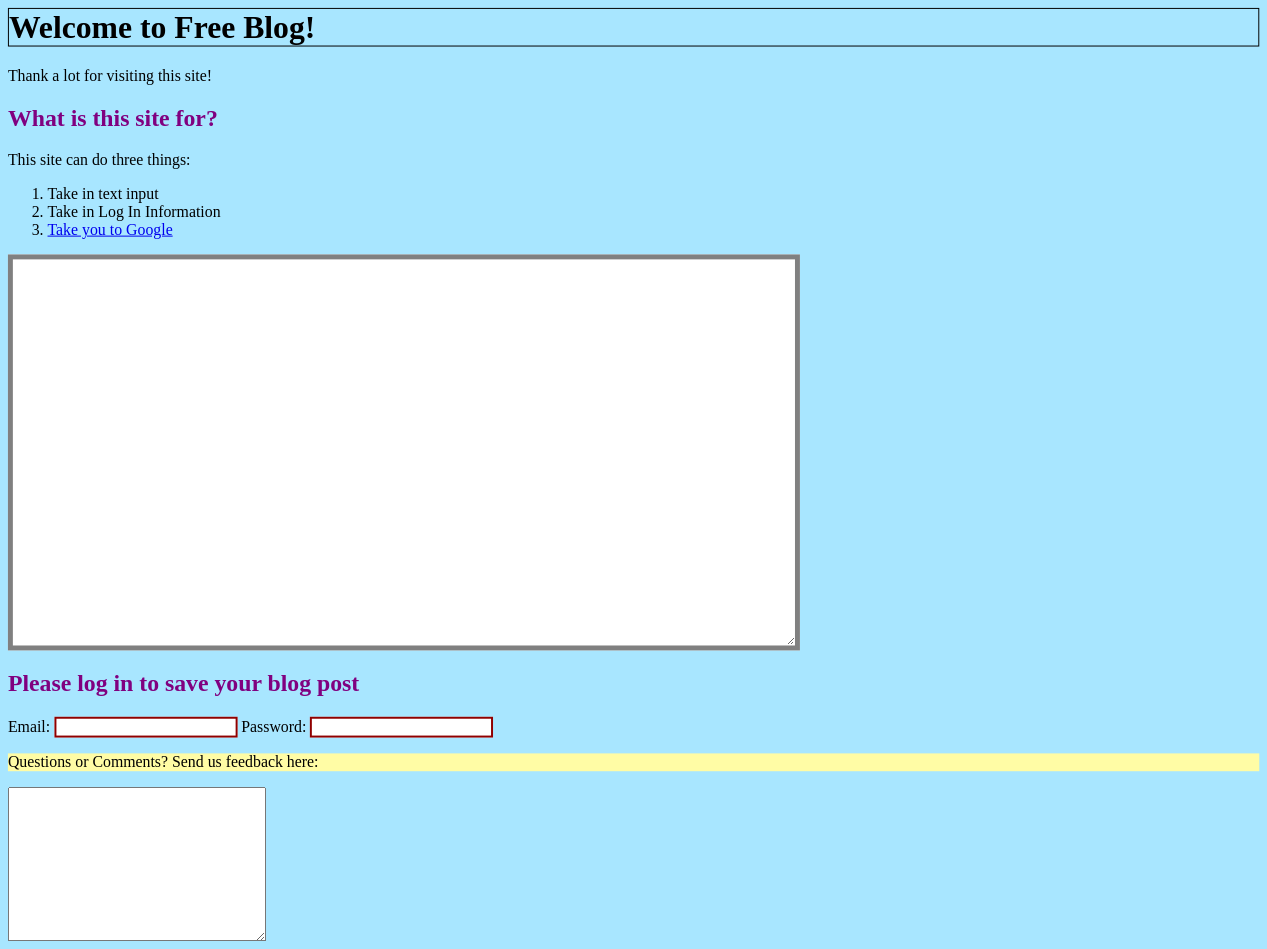
Repository: MonwarAdeeb/Bista_Solutions
Page: HTML & CSS/CSS/Level One/05. Assessment.html
The author's editor kept a copy of each file at every save. The page is drawn from the files as they stood at one save, then again after the next save.
The browser window is 1280 px wide. The pictures show the whole page, at 99% of full size.

Above is the page before, as saved 2021-05-19 21:48:33.

After the next save:
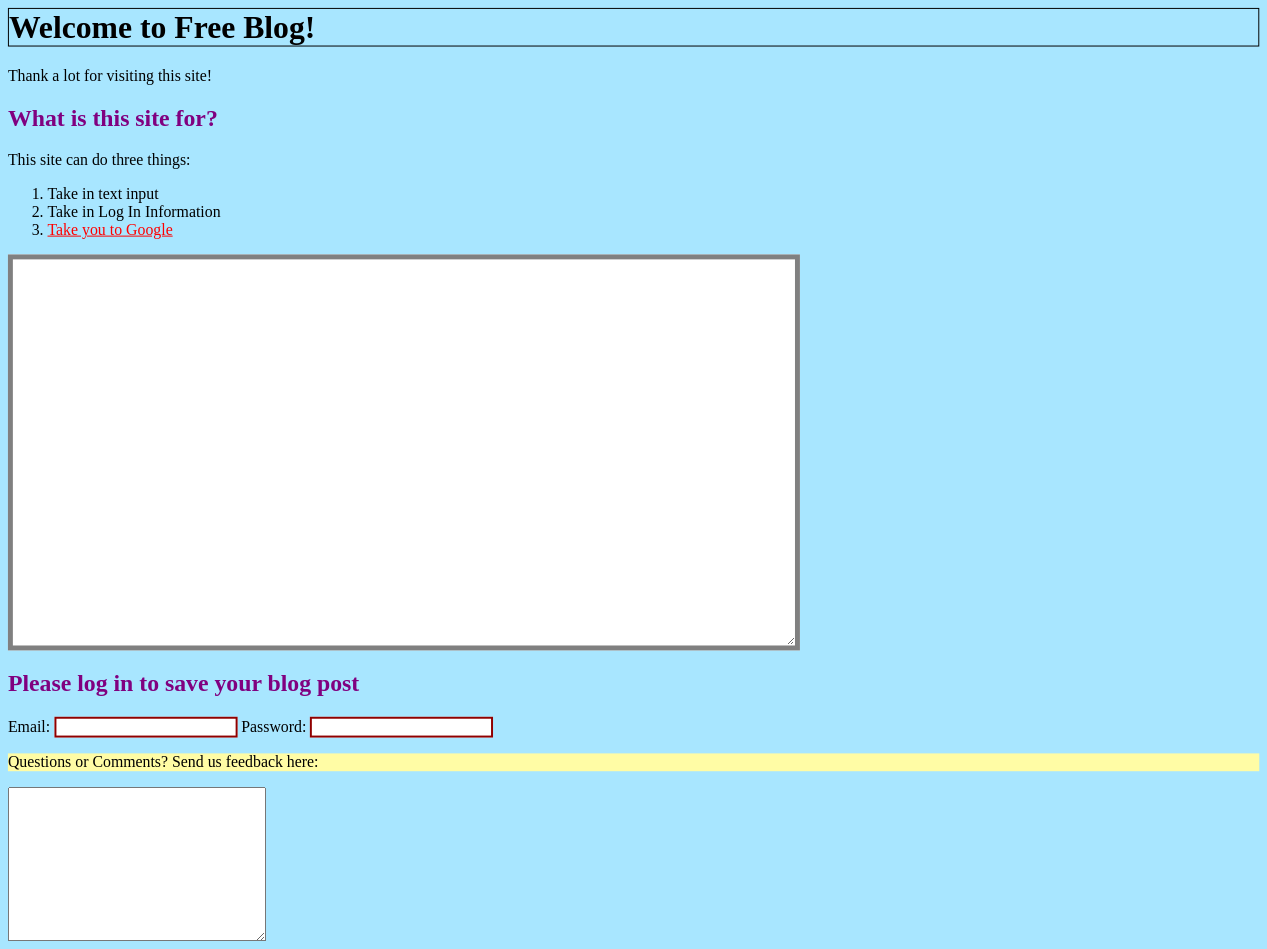
Saved 4 s later.
--- a/HTML & CSS/CSS/Level One/05. Assessment.css
+++ b/HTML & CSS/CSS/Level One/05. Assessment.css
@@ -24,6 +24,6 @@ div p {
   height: 400px;
 }
 
-a{
-
+a {
+  color: red;
 }
